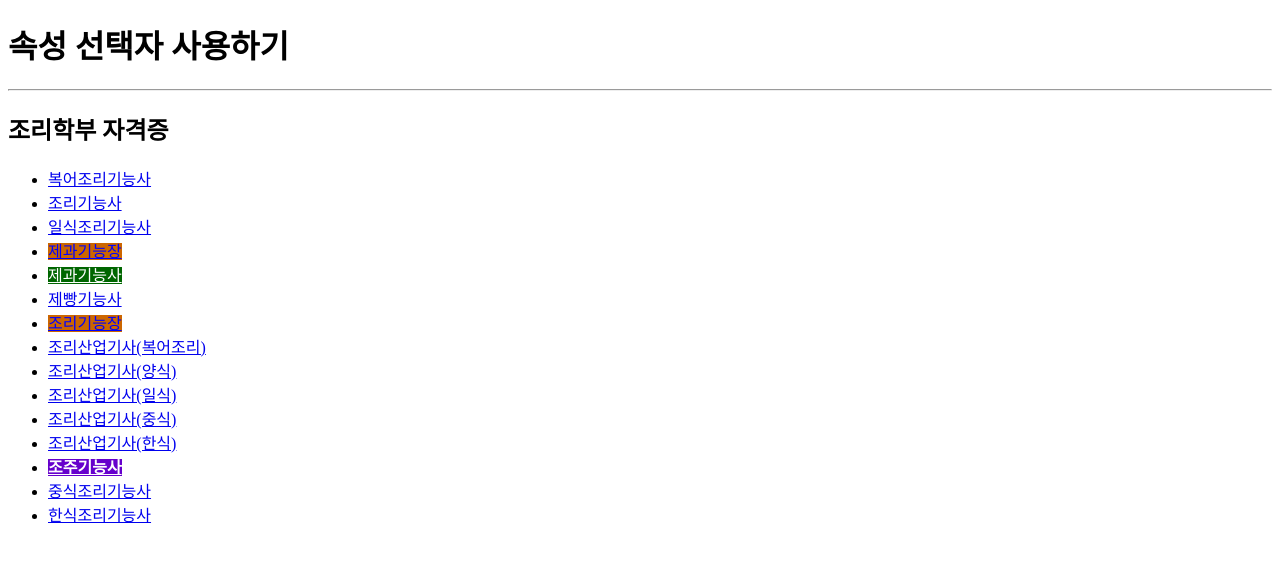
Repository: song-bean/Web_song
Page: 02_CSS/src/main/webapp/chapter02/unit04_02_attr_before.html
The author's editor kept a copy of each file at every save. The page is drawn from the files as they stood at one save, then again after the next save.
The browser window is 1280 px wide. The pictures show the whole page.

Above is the page before, as saved 2023-02-23 01:30:19.

### 02_CSS/src/main/webapp/chapter02/unit04_02_attr_before.html
<!DOCTYPE HTML>
<html>
	<head>
		<title>속성 선택자 사용하기</title>
		<meta charset="UTF-8" />
		<style type="text/css">
		/* a 요소를 이용하여 선택자를 정의합니다. */
			a[title="조주기능사"]{
				 background-color: #60c;
				 color: #fff;
				 font-weight: bold;
			}
			a[title^="제과"]{ /* title이 제과로 시작하는 곳 */
				background-color: #060;
				color: #fff;
			}
			a[title$="기능장"]{ /* title이 기능장으로 끝나는 곳 */
				background-color: #c60;
				color: #0100ff;
			}
			a[title$="산업기사"]{ /* title이 기능장으로 끝나는 곳 */
				background-color: #c60;
				color: #0100ff;
			}
		</style>
	</head>

	<body>
		<h1>속성  선택자 사용하기</h1>
		<hr />
		<h2>조리학부 자격증</h2>
		<ul>
			<li><a href="http://www.q-net.or.kr" title="복어조리기능사">복어조리기능사</a></li>
			<li><a href="http://www.q-net.or.kr" title="조리기능사">조리기능사</a></li>
			<li><a href="http://www.q-net.or.kr" title="일식조리기능사">일식조리기능사</a></li>
			<li><a href="http://www.q-net.or.kr" title="제과기능장">제과기능장</a></li>
			<li><a href="http://www.q-net.or.kr" title="제과기능사">제과기능사</a></li>
			<li><a href="http://www.q-net.or.kr" title="제빵기능사">제빵기능사</a></li>
			<li><a href="http://www.q-net.or.kr" title="조리기능장">조리기능장</a></li>
			<li><a href="http://www.q-net.or.kr" title="조리산업기사(복어조리)">조리산업기사(복어조리)</a></li>
			<li><a href="http://www.q-net.or.kr" title="조리산업기사(양식)">조리산업기사(양식)</a></li>
			<li><a href="http://www.q-net.or.kr" title="조리산업기사(일식)">조리산업기사(일식)</a></li>
			<li><a href="http://www.q-net.or.kr" title="조리산업기사(중식)">조리산업기사(중식)</a></li>
			<li><a href="http://www.q-net.or.kr" title="조리산업기사(한식)">조리산업기사(한식)</a></li>
			<li><a href="http://www.q-net.or.kr" title="조주기능사">조주기능사</a></li>
			<li><a href="http://www.q-net.or.kr" title="중식조리기능사">중식조리기능사</a></li>
			<li><a href="http://www.q-net.or.kr" title="한식조리기능사">한식조리기능사</a></li>
		</ul>
	</body>
</html>

After the next save:
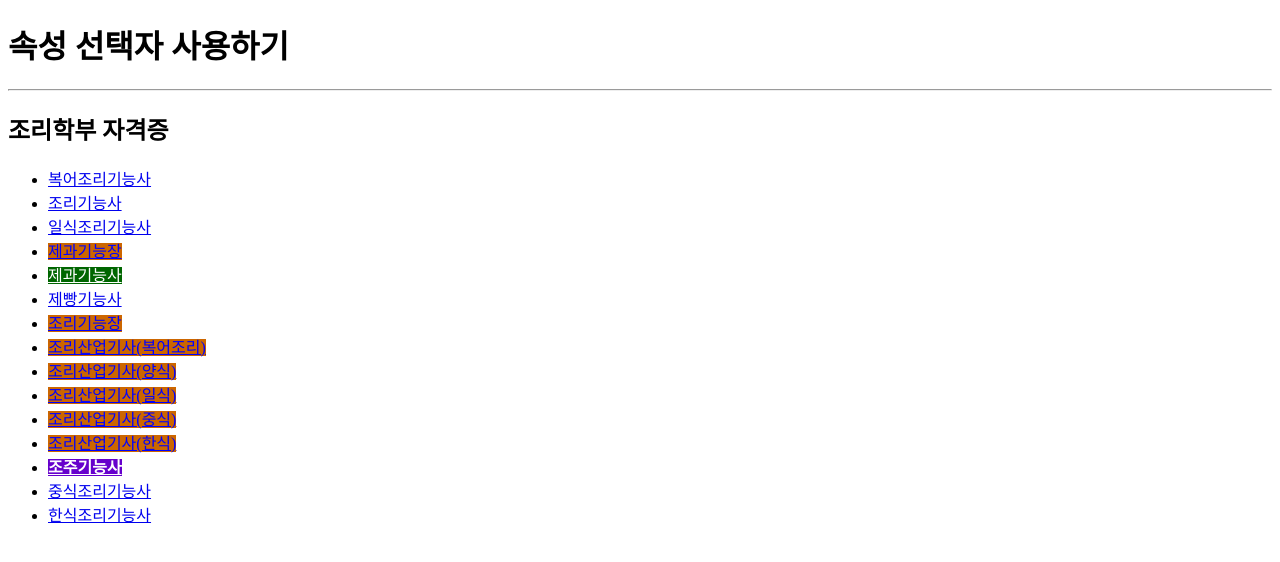
Saved 12 s later.
--- a/02_CSS/src/main/webapp/chapter02/unit04_02_attr_before.html
+++ b/02_CSS/src/main/webapp/chapter02/unit04_02_attr_before.html
@@ -18,7 +18,7 @@
 				background-color: #c60;
 				color: #0100ff;
 			}
-			a[title$="산업기사"]{ /* title이 기능장으로 끝나는 곳 */
+			a[title*="산업기사"]{ /* title이 산업기사가 포함되어 있는 곳 */
 				background-color: #c60;
 				color: #0100ff;
 			}
